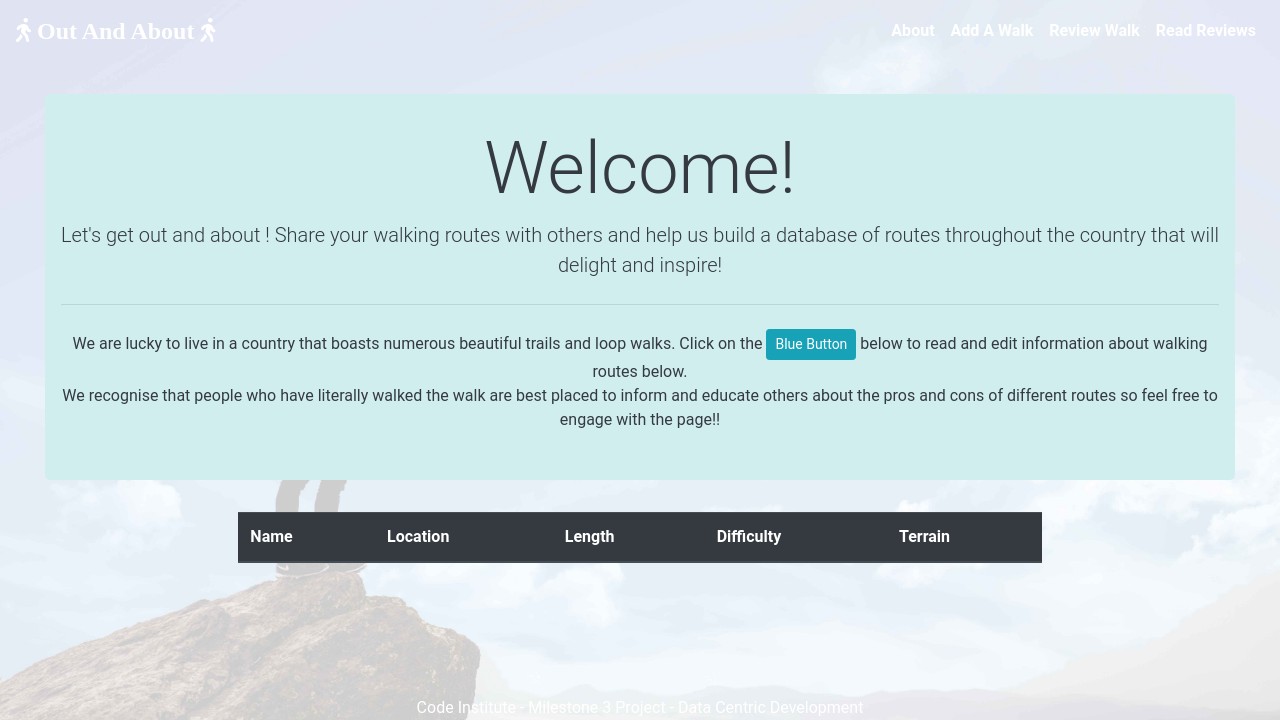
Repository: 5803emma/days-of-walking
Page: http://localhost/
The author's editor kept a record of every edit. The page is drawn from the files as they stood at one moment, then again after the next edit.
The browser window is 1280 px wide. The pictures show the whole page.
Some web libraries are served in a nearby version. The page is served by the project's application, run on Flask 3 (app.py). Queries for data that is not in the repository find no rows.

Above is the page before.

### templates/home.html
{% extends 'base.html'%} {% block content %}

<div class="container-fluid">

 <div class="row-welcome justify-content-center">
  <div class="col-12 text-dark">
   <div class="jumbotron">
    <h1 class="display-3">Welcome!</h1>
    <p class="lead" align="center">Let's get out and about ! Share your walking routes with others and help us build a database of routes throughout the country that will delight and inspire!</p>
    <hr class="my-4">
    <p align="center">We are lucky to live in a country that boasts numerous beautiful trails and loop walks. Click on the <button type="button" class="btn btn-info btn-sm">Blue Button</button> below to read and edit information about walking routes below.<br> We recognise that people who have literally walked the walk are best placed to inform and educate others about the pros and cons of different routes so feel free to engage with the page!!</p>
   </div>
  </div>
 </div>

<div class="row justify-content-center">
  <div class="col-12 col-md-8 table-responsive table-data">
   <table class="table table-hover">
    <thead class="thead-dark">
     <tr>
      <th scope="col">Name</th>
      <th scope="col">Location</th>
      <th scope="col">Length</th>
      <th scope="col">Difficulty</th>
      <th scope="col">Terrain</th>
     </tr>
    </thead>
    <tbody>

     {% for walk in walks %}
     <tr>
      <td><a class="btn btn-info btn-sm" href="{{url_for('edit_walk', walk_id=walk._id)}}" role="button">{{walk.walk_name}}</a></td>
      <td>{{walk.walk_location}}</td>
      <td>{{walk.walk_length}}</td>
      <td>{{walk.walk_difficulty}}</td>
      <td>{{walk.walk_terrain}}</td>
     </tr>
     {% endfor %}
    </tbody>
   </table>


  </div>
  {% endblock %}

### templates/base.html
<!DOCTYPE html>
<html>

<head>
    <link rel="stylesheet" href="https://stackpath.bootstrapcdn.com/bootstrap/4.4.1/css/bootstrap.min.css">
    <link rel="stylesheet" href="https://cdnjs.cloudflare.com/ajax/libs/font-awesome/5.12.0/css/all.min.css" />
    <link rel="stylesheet" href="{{ url_for('static', filename='css/style.css') }}" type="text/css" />
</head>

<body>
    <header>
        <nav class="navbar navbar-expand-md navbar-dark home-logo-text">
            <a class="navbar-brand" href="{{url_for('get_walks')}}"><i
                    class="fas fa-walking"></i> Out And About <i
                    class="fas fa-walking"></i></a>
            <button class="navbar-toggler" type="button" data-toggle="collapse" data-target="#navbarNavAltMarkup" aria-controls="navbarNavAltMarkup" aria-expanded="false" aria-label="Toggle navigation">
                <span class="navbar-toggler-icon"></span>
            </button>
            <div class="collapse navbar-collapse" id="navbarNavAltMarkup">
                <div class="navbar-nav ml-auto">
                    <a class="nav-item nav-link" href="{{url_for('about')}}">About</a>
                    <a class="nav-item nav-link" href="{{url_for('add_new_walk')}}">Add A Walk</a>
                    <a class="nav-item nav-link" href="{{url_for('walk_review')}}">Review Walk</a>
                     <a class="nav-item nav-link" href="{{url_for('read_review')}}">Read Reviews</a>
                </div>
            </div>

        </nav>
    </header>

    <!-- Container for injected templates -->
    <div class="container-fluid justify-content-center">


    {% block content %} {% endblock %}

 <!-- Footer -->
  <footer class="fixed-bottom">
    <div class="container-fluid">
      <p class="m-0 text-center text-white">Code Institute - Milestone 3 Project - Data Centric Development</p>
    </div>
    <!-- /.container -->
  </footer>

    <script src="https://code.jquery.com/jquery-3.4.1.slim.min.js"></script>
    <script src="https://cdn.jsdelivr.net/npm/popper.js@1.16.0/dist/umd/popper.min.js"></script>
    <script src="https://stackpath.bootstrapcdn.com/bootstrap/4.4.1/js/bootstrap.min.js"></script>
</body>

</html>

### app.py
import os
from flask import Flask, render_template, redirect, request, url_for
from flask_pymongo import PyMongo
from bson.objectid import ObjectId

app = Flask(__name__)

app.config["MONGO_DBNAME"] = 'walking_app'
app.config["MONGO_URI"] = 'mongodb+srv://root:johnbell@myfirstcluster-20lqh.mongodb.net/walking_app?retryWrites=true&w=majority'

mongo = PyMongo(app)

@app.route("/")
@app.route("/get_walks")
def get_walks():
    return render_template("home.html", walks=mongo.db.walks.find())

@app.route("/about")
def about():
    return render_template("about.html")


@app.route("/add_new_walk")
def add_new_walk():
    return render_template("add_walk.html")


@app.route("/insert_walk", methods=['POST'])
def insert_walk():
    walk = mongo.db.walks
    walk.insert_one(request.form.to_dict())
    return redirect(url_for('get_walks'))

# Update Information About Walk

@app.route("/edit_walk/<walk_id>")
def edit_walk(walk_id):
    the_walk = mongo.db.walks.find_one({"_id": ObjectId(walk_id)})
    return render_template("update_walk.html", walk=the_walk)

@app.route("/update_walk/<walk_id>", methods=["POST"])
def update_walk(walk_id):
    walk = mongo.db.walks
    walk.update({'_id': ObjectId(walk_id)}, {
        'walk_name' : request.form.get('walk_name'),
        'walk_location' : request.form.get('walk_location'),
        'walk_length' : request.form.get('walk_length'),
        'walk_difficulty' : request.form.get('walk_difficulty'),
        'walk_terrain' : request.form.get('walk_terrain')
    })
    return redirect(url_for('get_walks'))

# Delete Option

@app.route("/delete_walk/<walk_id>")
def delete_walk(walk_id):
    mongo.db.walks.remove({'_id': ObjectId(walk_id)})
    return redirect(url_for('get_walks'))

@app.route("/leave_review")
def walk_review():
    return render_template("walk_review.html", walks=mongo.db.walks.find())

# Sends the data that the user inserts to the database

@app.route("/walk_review", methods=['POST'])
def insert_review():
    review = mongo.db.reviews
    review.insert_one(request.form.to_dict())
    return redirect(url_for('walk_review'))


@app.route("/read_review")
def read_review():
    return render_template("read_reviews.html", reviews=mongo.db.reviews.find())

if __name__ == "__main__":
    app.run(host=os.environ.get("IP", "0.0.0.0"),
    port=int(os.environ.get("PORT", "5000")),
    debug=True)

### static/css/style.css
body {
  background-image: url(../images/bg-image.jpg);
  background-color: #FAFAFA;
  background-repeat: no-repeat;
  background-size: cover;
  font-family: 'Roboto', sans-serif;
}

.navbar-dark .navbar-brand {
    color: #fff;
    font-weight: bold;
    font-family: "Tangerine", cursive;
    font-size: 1.5rem;
}

.navbar-dark .navbar-nav .nav-link {
    color: #fff;
    font-weight: bold;
}

h1, h2 {
  text-align: center;
}

.jumbotron {
    margin-top: 2rem;
    padding: 2rem 1rem;
    margin-bottom: 2rem;
    background-color: #D1EEEE;
    border-radius: .3rem;
}

.display-4 {
    font-size: 3.5rem;
    font-weight: 300;
    line-height: 1.2;
    font-family: "Tangerine", cursive;
}

.row {
  margin-top: 1rem;
  margin-bottom: 1rem;
}

.media-body {
  margin-top: 10px;
}

.btn-success {
    color: #fff;
    background-color: #5F9F9F;
    border-color: #5F9F9F;
}

After the next edit:
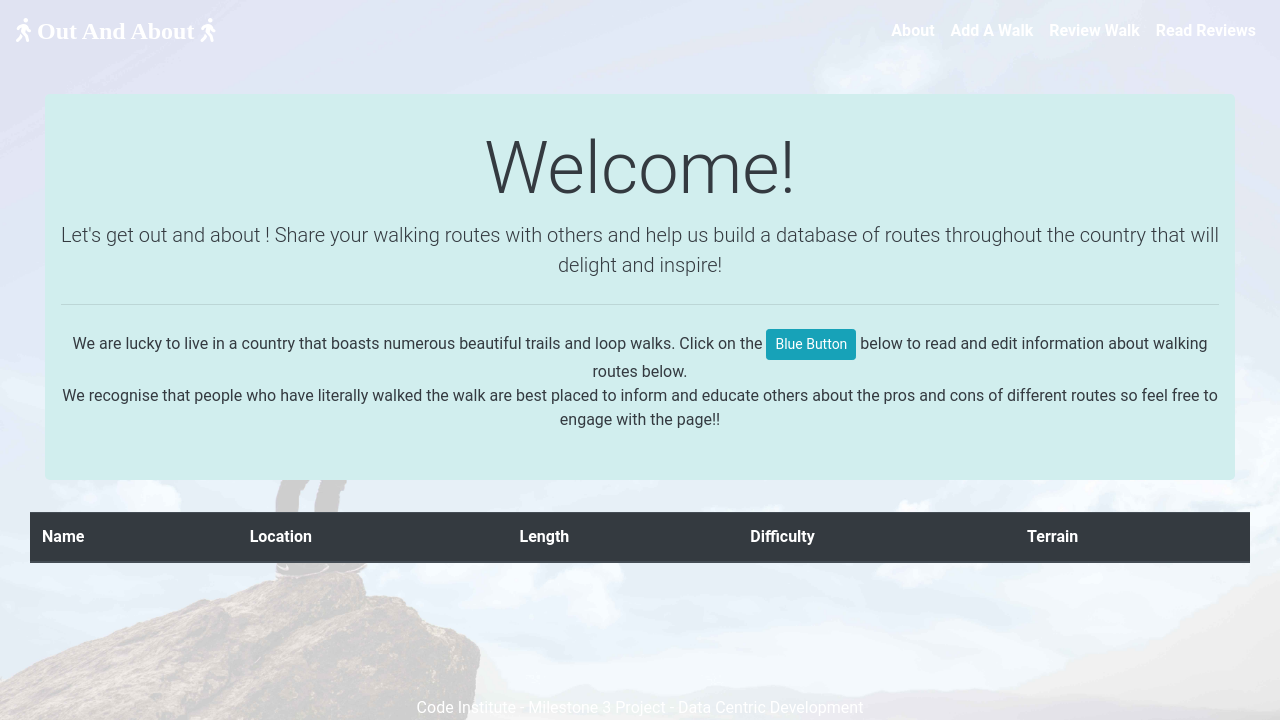
The edit:
--- a/templates/home.html
+++ b/templates/home.html
@@ -14,7 +14,7 @@
  </div>
 
 <div class="row justify-content-center">
-  <div class="col-12 col-md-8 table-responsive table-data">
+  <div class="col-12 table-responsive table-data">
    <table class="table table-hover">
     <thead class="thead-dark">
      <tr>
